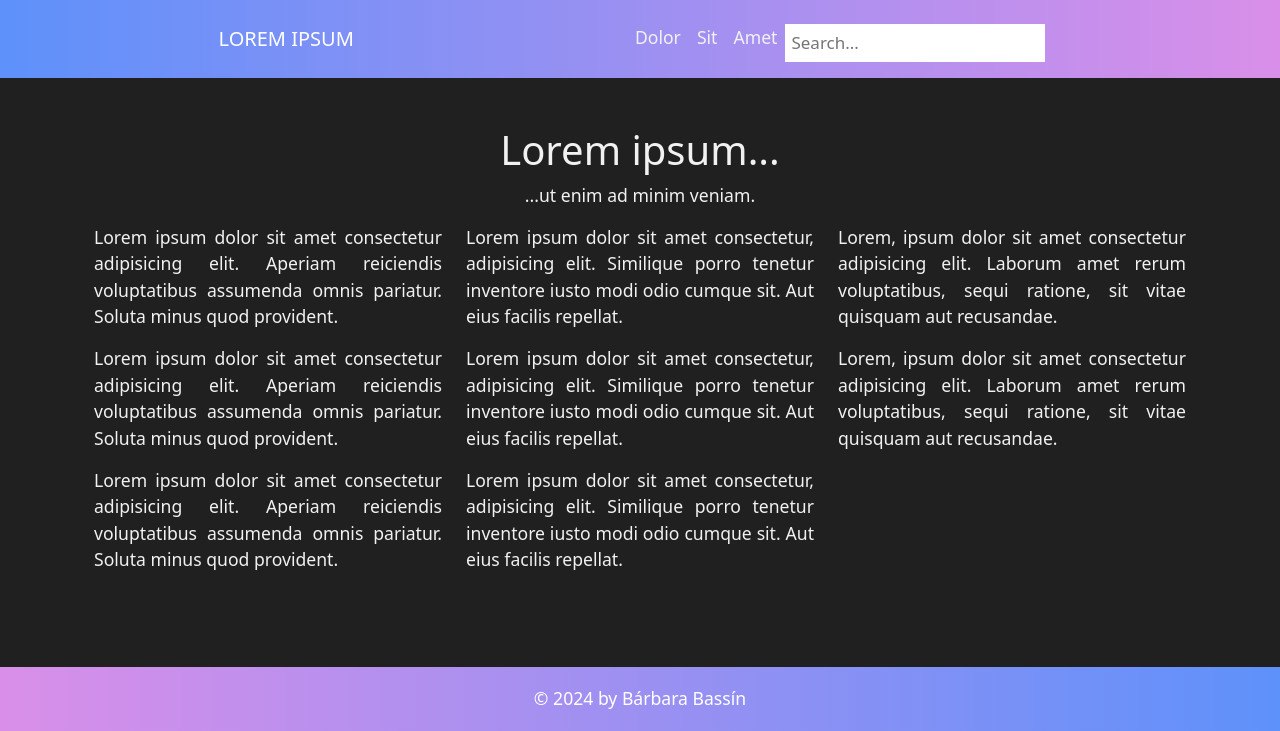
Repository: romancegirl/responsiveness
Page: index.html
The author's editor kept a copy of each file at every save. The page is drawn from the files as they stood at one save, then again after the next save.
The browser window is 1280 px wide. The pictures show the whole page.

Above is the page before, as saved 2024-11-19 19:33:37.

### index.html
<!DOCTYPE html>
<html lang="en">

<head>
    <meta charset="UTF-8">
    <meta name="viewport" content="width=device-width, initial-scale=1.0">
    <title>Portfolio - Bárbara Bassín</title>
    <link href="https://cdn.jsdelivr.net/npm/bootstrap@5.3.0/dist/css/bootstrap.min.css" rel="stylesheet">
    <link rel="stylesheet" href="https://cdnjs.cloudflare.com/ajax/libs/font-awesome/6.0.0-beta3/css/all.min.css">
    <link rel="stylesheet" href="css/header-and-footer.css">
    <link rel="stylesheet" href="css/styles.css">
</head>

<body>
    <!-- Header -->
    <header class="py-2">
        <div class="container d-flex justify-content-around align-items-center" id="profile">
            <h5 class="m-0">LOREM IPSUM</h5>
            <nav class="navbar navbar-expand-lg">
                <button class="navbar-toggler" type="button" data-bs-toggle="collapse" data-bs-target="#navbarNav"
                    aria-controls="navbarNav" aria-expanded="false" aria-label="Toggle navigation">
                    <i class="fas fa-bars"></i>
                </button>
                <div class="collapse navbar-collapse" id="navbarNav">
                    <ul class="navbar-nav ms-auto">
                        <li class="nav-item"><a class="nav-link">Dolor</a></li>
                        <li class="nav-item"><a class="nav-link">Sit</a></li>
                        <li class="nav-item"><a class="nav-link">Amet</a></li>
                        <input type="text" placeholder="Search...">
                    </ul>
                </div>
            </nav>
        </div>
    </header>



    <!-- Main -->
    <main class="container my-5">
        <div>
            <h1>Lorem ipsum...</h1>
            <div id="textCarousel" class="carousel slide" data-bs-ride="carousel" data-bs-interval="2000">
                <div class="carousel-inner">
                    <div class="carousel-item active">
                        <p>...olor sit amet, consectetur adipiscing elit...</p>
                    </div>
                    <div class="carousel-item">
                        <p>...sed do eiusmod tempor incididunt ut labore...</p>
                    </div>
                    <div class="carousel-item">
                        <p>...ut enim ad minim veniam.</p>
                    </div>
                </div>
            </div>
        </div>



        <div class="container text-center">
            <div class="row">
                <div class="col-6 col-md-4 paragraph">Lorem ipsum dolor sit amet consectetur adipisicing elit. Aperiam
                    reiciendis
                    voluptatibus assumenda omnis pariatur. Soluta minus quod provident.</div>
                <div class="col-6 col-md-4 paragraph">Lorem ipsum dolor sit amet consectetur, adipisicing elit.
                    Similique porro
                    tenetur inventore iusto modi odio cumque sit. Aut eius facilis repellat.</div>
                <div class="col-6 col-md-4 paragraph">Lorem, ipsum dolor sit amet consectetur adipisicing elit. Laborum
                    amet rerum
                    voluptatibus, sequi ratione, sit vitae quisquam aut recusandae.</div>
                <div class="col-6 col-md-4 paragraph">Lorem ipsum dolor sit amet consectetur adipisicing elit. Aperiam
                    reiciendis
                    voluptatibus assumenda omnis pariatur. Soluta minus quod provident.</div>
                <div class="col-6 col-md-4 paragraph">Lorem ipsum dolor sit amet consectetur, adipisicing elit.
                    Similique porro
                    tenetur inventore iusto modi odio cumque sit. Aut eius facilis repellat.</div>
                <div class="col-6 col-md-4 paragraph">Lorem, ipsum dolor sit amet consectetur adipisicing elit. Laborum
                    amet rerum
                    voluptatibus, sequi ratione, sit vitae quisquam aut recusandae.</div>
                <div class="col-6 col-md-4 paragraph">Lorem ipsum dolor sit amet consectetur adipisicing elit. Aperiam
                    reiciendis
                    voluptatibus assumenda omnis pariatur. Soluta minus quod provident.</div>
                <div class="col-6 col-md-4 paragraph">Lorem ipsum dolor sit amet consectetur, adipisicing elit.
                    Similique porro
                    tenetur inventore iusto modi odio cumque sit. Aut eius facilis repellat.</div>
            </div>
        </div>



    </main>

    <!-- Footer -->
    <footer class="bg-dark text-center py-2">
        <div>&copy; 2024 by Bárbara Bassín</div>
    </footer>
    <script src="js/script.js"></script>
    <script src="https://cdn.jsdelivr.net/npm/bootstrap@5.3.0/dist/js/bootstrap.bundle.min.js"></script>
</body>

</html>

### css/header-and-footer.css
header {
    background: linear-gradient(to right, #5E91FA, #d98fe9);
    color: #fff;
    position: relative;
}


main {
    min-height: 50vh;
    padding-bottom: 30px;
    box-sizing: border-box;
}

a.nav-link {
    color: #f1f1f1;
}

a.nav-link:hover {
    color: #f6c7de;
    transition: color 0.3s, text-shadow 0.3s;
    transform: scale(1.05);
}


.navbar input[type=text] {
    float: right;
    padding: 6px;
    margin-top: 8px;
    margin-right: 16px;
    border: none;
    font-size: 17px;
}


/* navbar-toggle */

.navbar-toggler {
    border-color: #fff;
}

.navbar-toggler .fas {
    color: #fff;
    /* Cambia el color del ícono */
}

.navbar-collapse {
    justify-content: flex-end;
}

.navbar-toggler:hover {
    cursor: pointer;
}

.navbar-toggler:focus {
    outline: none;
    box-shadow: none;
}

@media (max-width: 995px) {

    .navbar-collapse {
        display: none;
        position: absolute;
        top: 134%;
        left: -55px;
        width: 100%;
        z-index: 999;
        flex-direction: column-reverse;
        align-items: center;
    }

    .navbar-collapse.show {
        display: flex;
    }

    .navbar-nav {
        background: linear-gradient(to right, #5e92fae0, #d98fe9dc);
        color: #fff;
        padding: 1.5rem;
        border-radius: 0 0 100px 100px;
        font-weight: bold;
        text-align: center;
    }

    .navbar-nav:hover {
        cursor: pointer;

    }

    a.nav-link:hover {
        color: #f6c7de;
        transition: color 0.3s, text-shadow 0.3s;
        transform: scale(1.05);
    }

    .navbar-nav .nav-item {
        margin: 10px 0;
    }

    .navbar a, .navbar input[type=text] {
        float: none;
        display: block;
        text-align: left;
        width: 100%;
        margin: 0;
        padding: 14px;
      }
      .navbar input[type=text] {
        border: 1px solid #ccc;
      }

}

footer {
    background: linear-gradient(to right, #d98fe9, #5E91FA);
    color: #fff;
    bottom: 0;
    min-height: 4rem;
    display: flex;
    justify-content: center;
    align-items: center;
}

### css/styles.css
body {
    background-color: #202020;
    color: #f1f1f1;
    font-size: 110%;
}

/* Profile and resume */

.profile-photo {
    width: 250px;
    height: 250px;
    border: #a5c3ffcd;
    border-style: double;
    border-width: 5px;
    border-radius: 70px;
    display: flex;
    justify-content: center;
    align-items: center;
    overflow: hidden;
    /* Oculta cualquier parte de la imagen que se desborde */
    float: right;
}

/* titles */

h1 {
    text-align: center;
}

h2,
h3,
h4 {
    background: linear-gradient(#d98fe9, #5E91FA);
    -webkit-background-clip: text;
    background-clip: text;
    -webkit-text-fill-color: transparent;
}



/* General */

#textCarousel {
    width: 40rem;
    margin: auto;
}

p {
    text-align: center;
}

.row {
    text-align: justify;
}

.paragraph {
margin-bottom: 1rem;
}

/* Responsiveness */

.title-small,
.title-x-small {
    display: none;
}

@media screen and (max-width: 1400px) {

    .title-large,
    .title-x-small {
        display: none;
    }

    .title-small {
        display: block;
    }
}

@media screen and (max-width: 768px) {

    .title-large,
    .title-small {
        display: none;
    }

    .title-x-small {
        display: block;
        text-align: center;

    }

    #textCarousel {
        max-width: 90%; /* Usa un tamaño relativo en lugar de fijo */
    }
}

### js/script.js
document.addEventListener('click', function(event) {
    var navbar = document.querySelector('.navbar-collapse');
    var toggler = document.querySelector('.navbar-toggler');

    // Si el menú está abierto y se hace clic fuera de él, lo cierra
    if (navbar.classList.contains('show') && !navbar.contains(event.target) && !toggler.contains(event.target)) {
        var bsCollapse = new bootstrap.Collapse(navbar, {
            toggle: false
        });
        bsCollapse.hide();
    }
});

// Cerrar el menú automáticamente al hacer clic en cualquier enlace
var navLinks = document.querySelectorAll('.nav-link');
navLinks.forEach(function(link) {
    link.addEventListener('click', function() {
        var navbar = document.querySelector('.navbar-collapse');
        var bsCollapse = new bootstrap.Collapse(navbar, {
            toggle: false
        });
        bsCollapse.hide();
    });
});

After the next save:
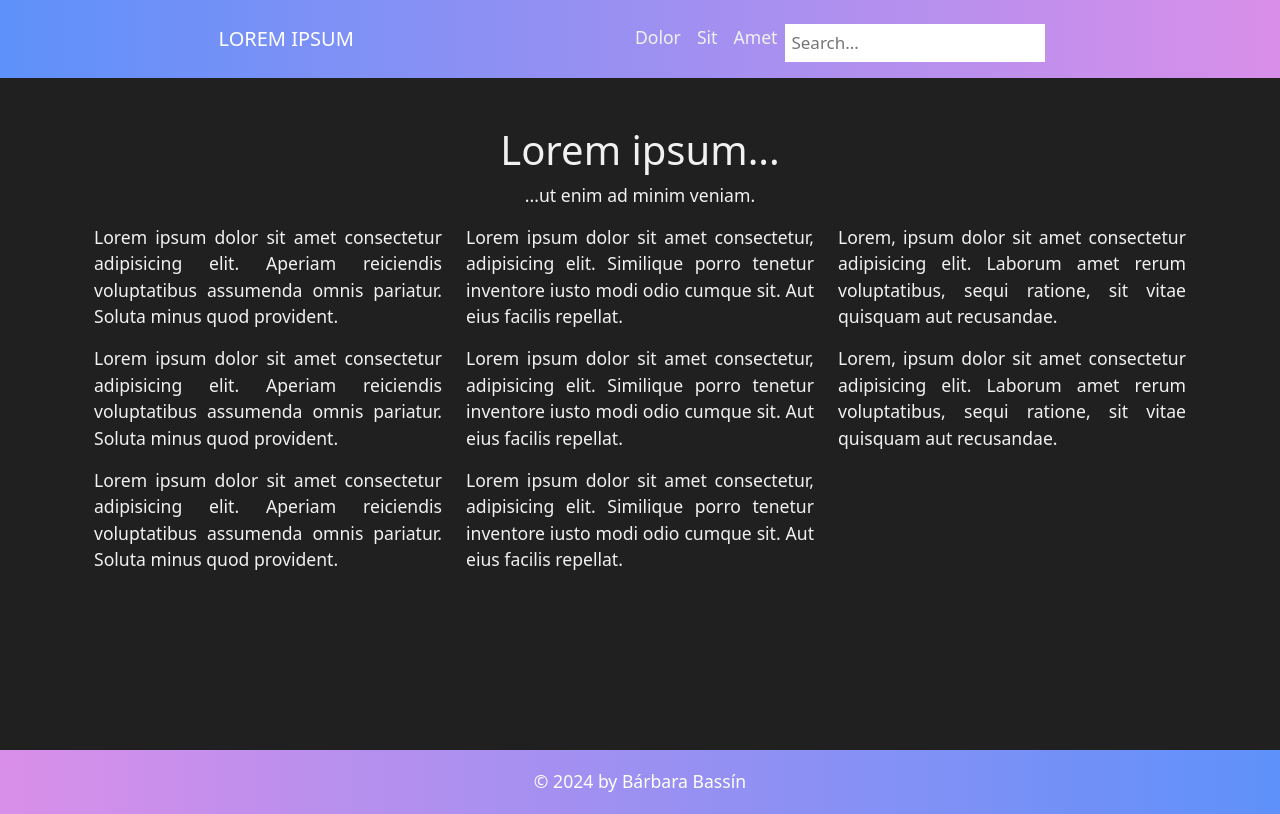
Saved 7 s later.
--- a/css/header-and-footer.css
+++ b/css/header-and-footer.css
@@ -6,7 +6,7 @@ header {
 
 
 main {
-    min-height: 50vh;
+    min-height: 80vh;
     padding-bottom: 30px;
     box-sizing: border-box;
 }
